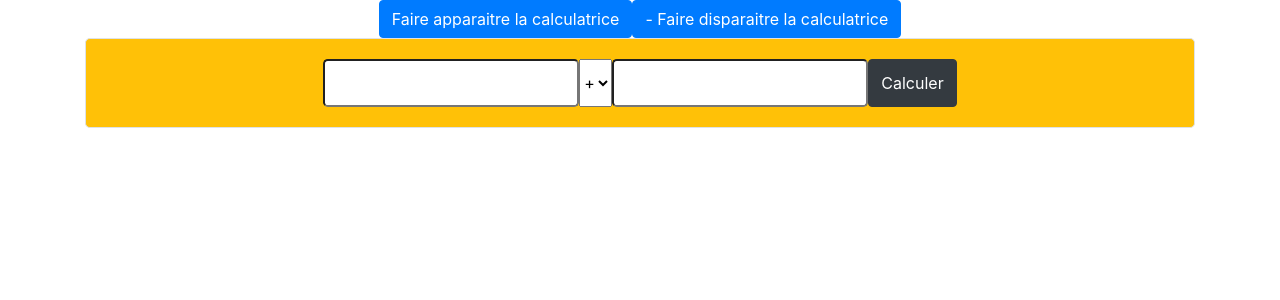
Repository: julieLyM/calculatrice
Page: calculatrice.html
An editor plug-in stored every save of this project. The page is shown before and after the next save, followed by the edit.
The browser window is 1280 px wide. The pictures show the whole page.

Above is the page before, as saved 2020-12-08 15:00:34.

### calculatrice.html
<!DOCTYPE html>
<html lang="fr">
  <head>
    <meta charset="UTF-8">
    <meta name="viewport" content="width=device-width, initial-scale=1.0">
		<link rel="stylesheet" href="https://cdn.jsdelivr.net/npm/bootstrap@4.5.3/dist/css/bootstrap.min.css" integrity="sha384-TX8t27EcRE3e/ihU7zmQxVncDAy5uIKz4rEkgIXeMed4M0jlfIDPvg6uqKI2xXr2" crossorigin="anonymous">

    <title>exercice calculatrice</title>
  </head>
  <body>
    <div class="container-fluid">
      <div class="container">

        <div class="row justify-content-center" style="margin: 0 auto; text-align:center">
            <button class="btn btn-primary" id="appear" >Faire apparaitre la calculatrice </button>
            <button class="btn btn-primary" id="disapear">- Faire disparaitre la calculatrice</button>
        </div>


        <div class="row justify-content-center border bg-warning w-100 rounded-lg" id="blocCal"  style="padding: 20px;margin: 0px auto; text-align:center">

          <input type="text" class="rounded-lg" value="" id="nombre1">

          <select name="calcul" id="operateur">
            <option>+</option>
            <option>-</option>
            <option>*</option>
            <option>/</option>
          </select>

          <input type="text" class="rounded-lg" value="" id="nombre2">
          <br>
          <br>
          <button type="button" class="btn btn-dark" id="calculer">Calculer</button>
          <br>

          <br>
    </div>
    <div class="row">
      <div id="message" class="w-100"></div>
    </div>
  </div>
</div>
    <!--APPEL JQUERY-->
		<script src="https://code.jquery.com/jquery-3.5.1.min.js" integrity="sha256-9/aliU8dGd2tb6OSsuzixeV4y/faTqgFtohetphbbj0=" crossorigin="anonymous"></script>
		<script src="https://cdn.jsdelivr.net/npm/bootstrap@4.5.3/dist/js/bootstrap.bundle.min.js" integrity="sha384-ho+j7jyWK8fNQe+A12Hb8AhRq26LrZ/JpcUGGOn+Y7RsweNrtN/tE3MoK7ZeZDyx" crossorigin="anonymous"></script>
    <!--NOTRE CODE JS-->
    <script src="calculatrice.js"></script>
  </body>
</html>

### calculatrice.js
//Etapes :
// --------
// - faire une page html
// - créer deux input type text avec deux id différent pour la saisie des valeurs
// - créer un select avec un id pour proposer les différents opérateurs. (+-*/    ** %)
// - créer un bouton avec un id pour lancer le calcul (button, span)

// Avec js :
// ---------
// - lors du click  sur le bouton (evenement) :
// - récupérer les deux saisies des champs text et l'opérateur selectionné

// - il peut être important de passer les saisies dans un parseFloat() pour les transformer en type number
// - declencher le calcul des saisies selon  l'opérateur avec un if qui va tester l'opérateur pour déclencher l'opération.
// - afficher l'opération avec le résultat.

// Pour aller plus loin :
// ----------------------
// - essayer de donner la possibilité de faire apparaitre ou disparaitre la calculatrice

$(document).ready(function () {
  $('#appear').on('click', function () {
    console.log('click');
    $('#blocCal').slideDown(1000);
  });

  // Cacher la  calculatrice :
  $('#disapear').on('click', function () {
    $('#blocCal').slideUp(1000);
  });

  $('#calculer').on('click', function () {
    var value1 = $('#nombre1').val();
    var signe = $('#operateur').val();
    var value2 = $('#nombre2').val();

    value1 = parseFloat(value1);
    value2 = parseFloat(value2);
    var resultat = '';

    if (signe == '+') {
      resultat = alert(value1 + signe + value2 + ' = ' + (value1 + value2));
    } else if (signe == '-') {
      resultat = alert(value1 + signe + value2 + ' = ' + (value1 - value2));
    } else if (signe == '*') {
      resultat = alert(value1 + signe + value2 + ' = ' + value1 * value2);
    } else if (signe == '/') {
      resultat = alert(value1 + signe + value2 + ' = ' + value1 / value2);
    }
  });

  $('#nombre1', '#nombre2').on('mouseover', function () {
    $('#message').html(
      `<div style="background-color: pink;color: white; padding:20px">Saisir un chiffre</div>`
    );
  });
  $('#nombre1', '#nombre2').on('mouseout', function () {
    $('#message').html('');
  });

  $('#operateur').on('mouseover', function () {
    $('#message').html(
      `<div style="background-color: pink;color: white; padding:20px">Saisir un opérateur + - / *</div>`
    );
  });
  $('#operateur').on('mouseout', function () {
    $('#message').html('');
  });
});

After the next save:
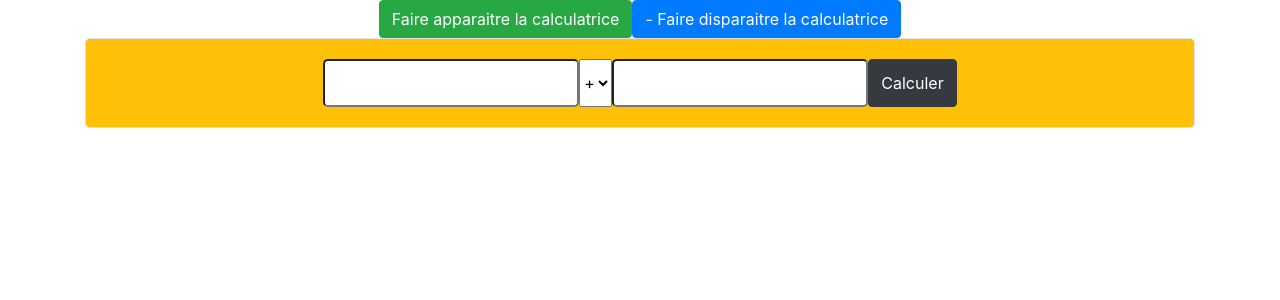
Saved 12 s later.
--- a/calculatrice.html
+++ b/calculatrice.html
@@ -12,7 +12,7 @@
       <div class="container">
 
         <div class="row justify-content-center" style="margin: 0 auto; text-align:center">
-            <button class="btn btn-primary" id="appear" >Faire apparaitre la calculatrice </button>
+            <button class="btn btn-success" id="appear" >Faire apparaitre la calculatrice </button>
             <button class="btn btn-primary" id="disapear">- Faire disparaitre la calculatrice</button>
         </div>
 
